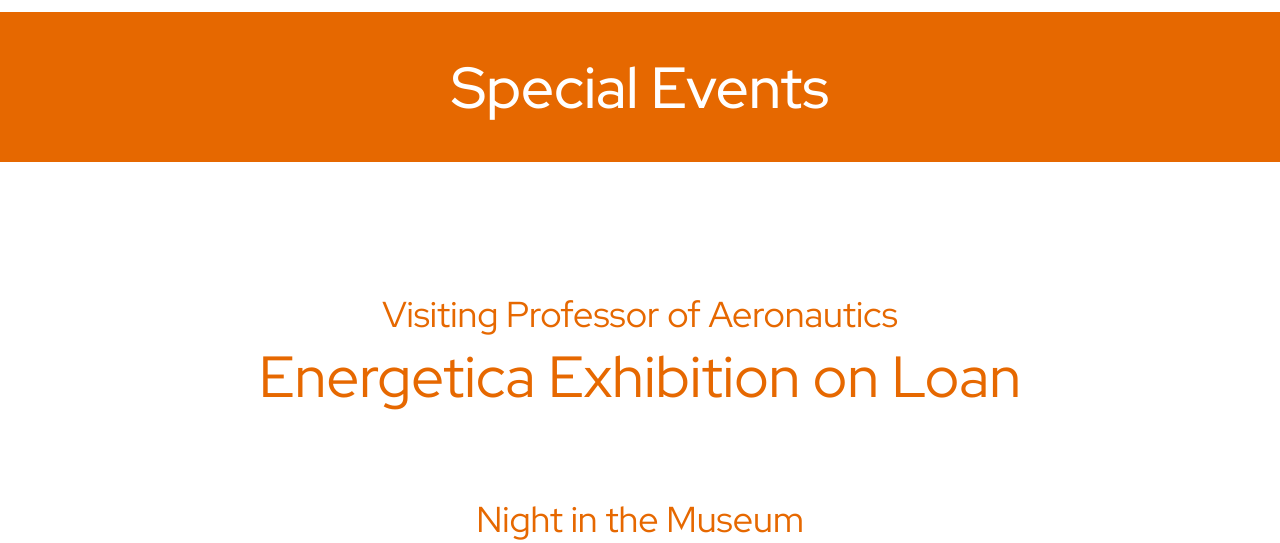
Repository: benjaminskarding/Semester-Project
Page: index.html
These files come from the project's save history. The page is drawn as it stood at one moment and after the next save; the edit follows.
The browser window is 1280 px wide. The pictures show the part of the page from y = 5117 to 5668 px (the page is 5660 px tall before and 5668 px after).
A picture or video elsewhere on the page could not be fetched, so the positions and the page height are approximate.

Above is the page before, as saved 2023-12-01 17:08:03.

### index.html
<!DOCTYPE html>
<html lang="en">
<head>
    <meta charset="UTF-8">
    <meta name="viewport" content="width=device-width, initial-scale=1.0">
    <link rel="stylesheet" href="/src/css/index.css">
    <link rel="preconnect" href="https://fonts.googleapis.com">
    <link rel="preconnect" href="https://fonts.gstatic.com" crossorigin>
    <link href="https://fonts.googleapis.com/css2?family=Red+Hat+Display:wght@300;400;500;600;700;800&display=swap" rel="stylesheet">
    <title>Document</title>
</head>
<body>
<div class="landing-section">

    <div class="fullscreen-bg-vid">
        <video loop muted autoplay>
            <source src="assets/videos/30001-0863.mp4" type="video/mp4">
        </video>
    </div>

    <header class="header-collection">
        <div class="header-wrapper">
            <nav class="header-main-nav">
                <div class="header-nav-left-placeholder">
                </div>
                <div class="header-nav-center-logo">
                    <a href="index.html" aria-label="Go to homepage">
                        <img class="logo" src="assets/images/logo/whitelogo.svg" alt="company logo">
                    </a>
                </div>
                <div class="header-nav-right">
                    <label for="menuToggle" class="menu-button" aria-label="Open Menu"> <!--toggles overlay-->
                        <span class="white">MENU</span>
                        <img src="assets/images/icons/helix.svg" class="menuIcon" alt="navigation menu icon">
                    </label>
                </div>
            </nav>
        </div>

        <!--Hamburger overlay-->
        <input type="checkbox" id="menuToggle" class="menu-toggle-checkbox" style="display: none;">
        <div class="hamburger-overlay-homepage" id="menuOverlay" aria-label="Menu overlay">

            <div class="overlay-header">
                <h3 class="medium">Menu</h3>
                <label for="menuToggle" class="overlay-close-btn" aria-label="Close menu">&times;</label>
            </div>

            <div class="overlayOptionsContainer">
                <a href="index.html">
                  <h5 class="menu-item">Home</h5>
                </a>
                <a href="exhibitions.html">
                  <h5 class="menu-item">Exhibitions</h5>
              </a>
                <a href="special_events.html">
                  <h5 class="menu-item">Special Events</h5>
              </a>
                <a href="contribute.html">
                  <h5 class="menu-item">Contribute to the Museum</h5>
              </a>
                <a href="contact.html">
                  <h5 class="menu-item">Contact</h5>
              </a>
                <a href="terms_conditions.html">
                  <h5 class="menu-item">Terms & Conditions</h5>
              </a>
                <a href="privacy_policy.html">
                  <h5 class="menu-item">Privacy Policy</h5>
              </a>
            </div>
            <div class="overlayLogoContainer">
                <img src="assets/images/logo/whitelogo.svg" class="overlayLogo" alt="company logo in hamburger overlay">
            </div>
        </div>
    </header>


    <div class="hero-text">
        <h1><a href=#>CURRENT EXHIBITIONS</a></h1>
        <div class="hero-text-bottom">
            <div class="title">
                <h2 class="specEvent"><a href=#>SPECIAL EVENTS</a></h2>
            </div>
            <div class="additional-links">
                <div class="link-with-line">
                    <a href="contact.html" class="hero-small-link">CONTACT</a>
                    <div class="line"></div>
                </div>
                <div class="link-with-line">
                    <a href="#" class="hero-small-link-two">CONTRIBUTE TO THE MUSEUM</a>
                    <div class="line"></div>
                </div>
            </div>
        </div>
    </div>
</div>
    <div class="title-bar">
        <h3 class="medium">Visit</h3>
    </div>

    <div class="main-grid">
        <div class="left-column">
            <div class="column-text-content">
                <h4 class="medium orange">Admission</h4>
                <h6>The entrance is free for all.</h6>
                <p>There are guided tours of the museum that leave every hour.</p>
                <p>These tours are 70 NOK per person and include a handy printed guide of the museum.</p>
                <p>If you would like to organise a guided tour for your group of 6 or more people, please contact us to arrange the tour.</p>
                <p class="orange bold">Accessibility</p>
                <p>The museum has wheelchair accessibility ramps.</p>
                <p>It also has audio guides and braille display signs for the visually impaired.</p>
            </div>
        </div>
        <div class="center-column">
            <div class="column-text-content">
                <p class="orange bold">Shop</p>
                <p>Our shop offers a range of memorabilia from the museum as well as great gifts and activity packs that allow you to continue to explore science even after you’ve left the museum.</p>
                <p class="orange bold">Food and Drink</p>
                <p>There is a café attached to the museum where you can get light lunches, soft drinks, coffee, snacks and more.</p>
            </div>
        </div>
        <div class="right-sidebar">
            <div class="sidebarSection">
                <h5>Our Location</h5>
                <hr>
                <p>Tromsø Science Museum</p>
                <p>123 Northern Lights Avenue</p>
                <p>Tromsø, Norway</p>
            </div>
            <div class="sidebarSection">
                <h5>Opening Hours</h5>
                <hr>
                <p>Monday: Closed</p>
                <p>Tuesday: 10:00 – 16:00</p>
                <p>Wednesday: 10:00 – 16:00</p>
                <p>Thursday: 10:00 – 16:00</p>
                <p>Friday: 10:00 – 19:00</p>
                <p>Saturday: 9:00 – 16:00</p>
                <p class="lastpar">Sunday: 9:00 – 13:00</p>
            </div>
        </div>

        <div class="image">
            <img src="assets/images/x/cube.jpg">
        </div>
        <div class="mid-right-column">
            <div class="right-column-text-content">
                <h2 class="orange">Explore Together</h2>
                <p class="semibold">Come join us at the Tromsø Science Museum where we’re committed to making science accessible to all.</p>
                <p>Over the course of human history, science has developed from our early understanding of fire, wind, water, and earth to exploring everything from galaxies far away to the very building blocks of life itself.</p>
                <p>The aim of our museum is to create a space where everyone can experience the wonders of our discoveries and perhaps even ignite a lifelong passion to continue the exploration of the world around us.</p>
                <p>We believe science should not be confined to the textbook, but brought to live through exhibits. This is why we have over 1000 different exhibits on the many varied subjects of science to explore.</p>
                <p>Many of these exhibits are designed for you to interact with and play around to see science come to life (apart from the dinosaur exhibits – they only come to life at night when everyone’s gone home).</p>
            </div>
        </div>
    </div>

    <div class="mid-bar"></div>

    <div class="grid2">
        <div class="teach-col">
            <div class="column-text-content">
                <h4 class="medium orange">For Teachers</h4>
                <p class="semibold">As a community-driven museum, we want to work with schools to create places of learning and exploring.</p>
                <p>Our team are on hand to give your students guided tours of the museum, teach them in our learning laboratory, and provide great video presentations that will excite and inspire them.</p>
                <p>Please get in touch with us here to find out more about our facilities and to arrange a time to bring your students through for a visit.</p>
            </div>
        </div>

        <div class="low-mid-right-column">
            <div class="right-column-text-content">
                <h4 class="medium orange">For Kids</h4>
                <p class="semibold">Are you a young person looking to learn more about science? Come on down to our museum, there’s plenty to see and do.</p>
                <p>You can learn about Newtonian physics from our bumper swing, or why not travel back in time and meet our resident Woolly Mammoth? Our exhibits are designed to be accessible for interested minds, so make sure you come ready to learn and explore.</p>
                <p>We also have the Young Stars club which meets once a week on a Saturday between 10:00 and 13:00 where you’ll get to explore and experiment with our team of experts.</p>
                <p class="lastpar">During the school holidays we run special holiday clubs where you can join other children your age to go on a journey of discovery. Each holiday we pick a new theme to explore. To find out more about the holiday club and how you can join, send us a message.</p>
                <h4 class="medium orange">Researchers</h4>
                <p class="semibold">Are you looking to get involved with our team of researchers and academics?</p>
                <p>Our museum offers various ways for you to use our resources and contribute towards them. We have online records, laboratory space, and a working relationship with a number of universities around the country.</p>
            </div>
        </div>

        <div class="left-sidebar">
            <div class="sidebarSection">
                <h5>Special Events</h5>
                <hr>
                <p>Visiting Professor of Aeronautics</p>
                <p>Night in the Museum</p>
                <p>Energetica Exhibition on Loan</p>
            </div>
            <div class="sidebarSection">
                <h5>Current Exhibitions</h5>
                <hr>
                <p>Cosmology</p>
                <p>Evolution</p>
                <p>Biology & Medicine</p>
                <p>Ecology</p>
                <p>Robotics & AI</p>
            </div>
        </div>
    </div>

    <div class="title-bar title-bar-right">
        <h3 class="medium">Exhibitions</h3>
    </div>


    <div class="grid3">
        <div class="imageCarousel image">
            <img src="assets/images/x/spaceman.jpg">
        </div>
        <div class="carouselDescription">
            <div class="column-text-content">
                <h5 class="orange">Discover the Cosmos</h5>
                <p class="semibold">Embark on a celestial journey at the Tromsø Science Museum's space exhibit.</p>
                <p>Dive into the history of space exploration, from the earliest dreams of flying to the moon, to the latest discoveries in the vast expanse of our universe.</p>
            </div>
        </div>
        <div class="exhibText">
            <div class="right-column-text-content">
                <h4 class="medium orange">Engage, Learn and Interact</h4>
                <p class="semibold">The Tromsø Science Museum is not just a building; it's a celebration of human curiosity and the relentless pursuit of knowledge.</p>
                <p>As a beacon of discovery, our exhibitions are thoughtfully designed to inspire awe, stimulate intellect, and provoke conversation.</p>
                <p>From the enigmatic depths of outer space to the microscopic intricacies of biology, each exhibit serves as a window to the vast and varied tapestry of the universe.</p>
                <a href="#" class="exhibButton medium">Tour All Exhibitions</a>
            </div>
        </div>
    </div>

    <div class="title-bar">
        <h3 class="medium">Contribute</h3>
    </div>

    <div class="grid4">
        <div class="suppMuseum">
            <div class="column-text-content">
                <h4 class="medium orange">Support the Museum</h4>
                <p class="semibold">Tromsø Science Museum is not just a space, it's a vibrant hub for exploration and learning, a testament to the power of community involvement.</p>
                <p>While our contributions page provides detailed ways you can join in our efforts, here we invite you to consider the unique impact that your support can create.</p>
            </div>
            <div class="navStuff">
                <div class="buttonWrapper">
                    <a href="#" class="navButtonSmall medium">Internship</a>
                    <img src="assets/images/icons/longArrow.svg" alt="Right Arrow" class="arrowIcon">
                </div>
                <div class="buttonWrapper">
                    <a href="#" class="navButtonSmall medium">Make a Gift</a>
                    <img src="assets/images/icons/longArrow.svg" alt="Right Arrow" class="arrowIcon">
                </div>
                <div class="buttonWrapper">
                    <a href="#" class="navButtonSmall medium">Volunteer</a>
                    <img src="assets/images/icons/longArrow.svg" alt="Right Arrow" class="arrowIcon">
                </div>
                <div class="buttonWrapper">
                    <a href="#" class="navButtonSmall medium">Donate</a>
                    <img src="assets/images/icons/longArrow.svg" alt="Right Arrow" class="arrowIcon">
                </div>
            </div>
        </div>

        <div class="supportImage image">
            <img src="assets/images/x/supp.jpg">
        </div>
    </div>

    <div class="title-bar-center">
        <h3 class="medium">Special Events</h3>
    </div>

    <div class="specEvents">
        <div class="specContent">
            <h5 class="orange regular">Visiting Professor of Aeronautics</h5>
            <h3 class="orange regular">Energetica Exhibition on Loan</h3>
            <h5 class="orange regular">Night in the Museum</h5>
        </div>
    </div>

</body>
</html>

### src/css/index.css
@import url(common.css);
@import url(_reset.css);
@import url(_variables.css);

/* variables specific to this page */

h1 {
    position: relative;
}

h1:hover {
    color: var(--color-secondary)
}


/* Header landing page specific */

.header-collection {
    background: none;
}

/* Hamburger overlay specific to this page */

.hamburger-overlay-homepage {
    position: fixed;
    top: 20rem;
    right: 0;
    height: 100%;
    width: 33%;
    background-color: var(--color-secondary);
    transform: translateX(100%);
    transition: transform 0.3s;
    display: flex;
    flex-direction: column;
    justify-content: flex-start;
    visibility: hidden;
    z-index: 1000;
}

.menu-toggle-checkbox:checked ~ .hamburger-overlay-homepage {
    transform: translateX(0);
    visibility: visible;
}

/* Landing section viewport container */

.landing-section {
    height: 100vh;
}

/*Background video */

.fullscreen-bg-vid {
    position: absolute;
    top: 0;
    left: 0;
    z-index: -1;
    overflow: hidden;
}


.fullscreen-bg-vid video {
    width: 100vw;
    height: 100vh;
    object-fit: cover;
}


/* Hero text*/

.hero-text {
    position: absolute;
    display: flex;
    flex-direction: column;
    bottom: 0;
    left:0;
    margin-left: 3rem;
    margin-bottom: 3rem;
    font-family: var(--font-primary);
    color: white;
    font-size: 3rem;
}

.hero-text-bottom {
    display: flex;
    align-items: center;
}

.additional-links {
    display: flex;
    flex-direction: column;
    margin-left: 1rem;
    gap: 1rem;
    font-size: 1.25rem;
    width: 50%;
}

.title {
    width: 56%;
    border: 4px solid var(--color-secondary);
    border-radius: 2rem;
    padding: 1rem;
}


.link-with-line {
    display: flex;
    align-items: center;
}

.line {
    display: flex;
    margin-left: 1rem;
    top: 50%;
    width: 100%;
    border-top: 2px solid white;
    transform: translateY(-50%);
}

.hero-small-link, .hero-small-link-two {
    z-index: 1;
    white-space: nowrap;
}

.hero-small-link:hover + .line,
.hero-small-link-two:hover + .line {
    border-top-color: var(--color-secondary);
}


/* END OF INITIAL VIEWPORT */

/* Main content */

.main-grid {
    display: grid;
    margin-top: 0;
    grid-gap: 2rem;
    grid-template-columns: 1fr 1fr 33%;
    grid-template-rows: auto;
    grid-template-areas:
    "left-column center-column right-sidebar"
    "image image mid-right-column"
    "mid-bar mid-bar mid-bar";
}

.left-column    { grid-area: left-column}
.center-column    { grid-area: center-column}
.right-sidebar    { grid-area: right-sidebar}
.image { grid-area: image}
.mid-right-column { grid-area: mid-right-column }
.mid-bar { grid-area: mid-bar}


/*Separating bars */

.title-bar {
    display: grid;
    grid-gap: 2rem;
    grid-template-columns: 1fr 1fr 33%;
    grid-template-rows: auto;
    align-items: center;
    height: 150px;
    width: 100%;
    background-color: var(--color-secondary);
}

.title-bar h3 {
    margin-left: 3rem;
}

.title-bar-right .medium {
    grid-column: 3;
    margin-left: 0rem;
}

.title-bar-center .medium {
    display: flex;
    justify-content: center;
    align-items: center;
    height: 150px;
    width: 100%;
    background-color: var(--color-secondary);
}

.mid-bar {
    display: flex;
    height: 82px;
    width: 100%;
    background-color: var(--color-secondary);
}

/* Visit Section Main Content */

.left-column, .right-sidebar, .center-column, .left-sidebar {
    display: flex;
    flex-direction: column;
}

.center-column {
    margin-top: 5.3rem;
}

.right-sidebar, .left-sidebar {
    justify-content: space-evenly;
    color:white;
    background-color: var(--color-secondary);
}

.sidebarSection {
    display: flex;
    flex-direction: column;
    align-items: center;
}

.sidebarSection hr {         /* Separator line visual only */
    border: none;
    height: 1px;
    background-color: white;
    margin-bottom: 20px;
    width: 25rem;
}

.column-text-content p,
.column-text-content li,
.column-text-content h4,
.column-text-content h6 {      /* General rule */
    margin-bottom: 1rem;
    margin-top: 1rem;
}


.left-column .column-text-content p,
.left-column .column-text-content li,
.left-column .column-text-content h4,
.left-column .column-text-content h6,
.teach-col .column-text-content p,
.teach-col .column-text-content li,
.teach-col .column-text-content h4,
.teach-col .column-text-content h6 {
    margin-left: 3rem;
}

.right-column-text-content p,
.right-column-text-content h2 {
    margin-left: 0rem;
    margin-right: 3rem;
    margin-top: 1rem;
}

.image img {
    width: 100%;
    display: block;
}

.teach-col .column-text-content h4 {
    margin-top: 0;
}

.teach-col {
    margin-bottom: 0;
}

.grid2 {
    display: grid;
    grid-template-columns: 2fr 33%;
    grid-template-rows: 1fr 2fr;
    grid-gap: 2rem;
    margin-right: 0rem;
    margin-top: 2rem;
    grid-template-areas:
    "teach-col low-mid-right-column"
    "left-sidebar low-mid-right-column";
  }

.teach-col { grid-area: teach-col}
.low-mid-right-column {grid-area: low-mid-right-column}
.left-sidebar {grid-area: left-sidebar}

.grid3 {
    display: grid;
    grid-template-columns: 2fr 1fr 33%;
    grid-template-rows: auto;
    grid-gap: 2rem;
    margin: 2rem 0 2rem 0;
    grid-template-areas:
    "imageCarousel carouselDescription exhibText"
  }

.imageCarousel { grid-area: imageCarousel}
.exhibText {grid-area: exhibText}
.carouselDescription { grid-area: carouselDescription}


.carouselDescription {
    flex-direction: column;
    background-color: #D9D9D9;
}


.carouselDescription p, h5{
    margin: 1rem 1rem 0 1rem;
}

h4 {
    margin-right: 3rem;
}

.exhibButton {
    display: block;
    text-align: center;
    border: 2px solid var(--color-secondary);
    border-radius: 10px;
    padding: 2rem;
    margin: 2rem 3rem 0 0;
    font-size: 3rem;
    color: var(--color-secondary)
}

.grid4 {
    display: grid;
    grid-template-columns: 33% 2fr;
    grid-template-rows: auto;
    grid-gap: 2rem;
    margin: 2rem 0 2rem 2rem;
    grid-template-areas:
    "suppMuseum supportImage"
  }

.suppMuseum { grid-area: suppMuseum}
.supportImage {grid-area: supportImage}

.navStuff {
    display: flex;
    flex-direction: column;
}

.buttonWrapper {
    display: flex;
    align-items: center;
    margin-bottom: 2rem;
}

.navButtonSmall {
    display: block;
    text-align: center;
    border: 2px solid var(--color-secondary);
    border-radius: 10px;
    padding: 1rem;
    margin: 0 1rem 0 0;
    font-size: 1.5rem;
    width: 15rem;
    color: var(--color-secondary)
}

.navButtonSmall img {
    width: auto;
}


.specEvents {
    display: flex;
    flex-direction: column;
    justify-content: center;
    align-items: center;
}

.specContent {
    text-align: center;
    margin-top: 3rem;
}

.specContent h5 {
    margin-top: 5rem;
}

### src/css/common.css
body, html {
    height: 100%;
    margin: 0;
}

a {
    text-decoration: none;
    cursor: pointer;
    color: inherit;
}

input:focus,
textarea:focus,
select:focus,
button:focus {
outline: none;
}

/* common header, landing page has specific */

.header-collection {
    background-color: var(--color-secondary);
    height: 200px;
}

.header-wrapper {
    margin-left: 3rem;
    margin-right: 3rem;
}

.logo {
    margin-top: 1.5rem;
}


.header-main-nav {
    display: flex;
    justify-content: space-between;
    align-items: center;
    width: 100%;
}



.header-nav-left-placeholder {
    flex: 1;
    display: flex;
    align-items: center;
}

.header-nav-left a {
    display: flex;
    justify-content: flex-start;
    align-items: center;
}

.header-nav-center-logo {
    flex: 0;
}

.header-nav-right {
    flex: 1;
    display: flex;
    justify-content: flex-end;
    font-size: 1.25rem;
    font-weight: var(--font-weight-medium);
}

/* Footer */

.footer{
    background-color: var(--color-secondary);
    height: 200px;
    display: flex;
    margin-top: 0rem;
}

.footer-container {
    display: flex;
    align-items: center;
    justify-content: space-between;
    margin-left: 3rem;
    margin-right: 3rem;
    width: 100%;
}

.footer-left-container {
    flex: 1;
}


.footer-center-container {
    display: flex;
    justify-content: center;
    align-items: center;
    flex: 2;
    gap: 2rem;
}

.footer-right-container-placeholder {
    flex: 1;
}

.footer-logo {
    height: 100px;
}

.footer-titles {
    display: flex;
    margin-bottom: 2rem;
    margin-top: 2rem;
    color: white;
}




/* Main content */

.top-bar {
    display: flex;
    align-items: center;
    background-color: #E66800;
    width: 100%;
    height: 80px;
}

.top-bar h3 {
    margin-left: 3rem;
}

.sidebar {
    display: flex;
    flex-direction: column;
    align-items: center;
    position: relative;
    background-color: #E66800;
    height: 100%;
}

/* Hamburger overlay */

.hamburger-overlay {
    position: absolute;
    top: 0;
    right: 0;
    bottom: 0;
    left: 0;
    background-color: transparent;
    z-index: 1000;
    visibility: hidden;
    transform: translateX(100%);
    transition: transform 0.3s, visibility 0.3s;
    display: flex;
    flex-direction: column;
    justify-content: flex-start;
}


.menu-button { /* toggles overlay--> */
    display: flex;
    align-items: center;
    cursor: pointer;
}

.menu-toggle-checkbox:checked ~ .sidebar .hamburger-overlay {
    visibility: visible;
    transform: translateX(0);
}

.overlay-header {
    display: flex;
    flex-direction: row;
    justify-content: space-between;
    align-items: center;
    text-align: center;
    margin-left: 1rem;
}

.hamburger-overlay:target {
    visibility: visible;
    opacity: 1;
}

.overlayOptionsContainer {
    flex-direction: column;
    height: 100%;
}

.menu-item {
    display: flex;
    justify-content: space-between;
    align-items: center;
    margin: 0 1rem;
    margin-top: 2rem;
    color: white;
}

.overlayTitle {
    display: flex;
    align-items: center;
    justify-content: flex-start;
    color: var(--color-primary);
    margin-bottom: 10px;
    margin-left: 1rem;
}

.overlayLogoContainer {
    display: flex;
    justify-content: center;
    margin-bottom: 2rem;
    margin-top: 1rem;
}

.overlayLogo {
    width: 50%;
    max-width: 300px;
}

.overlay-close-btn {
    padding-top: 10px;
    margin-right: 3rem;
    color: white;
    font-size: 2rem;
    background: none;
    border: none;
    cursor: pointer;
}

### src/css/_reset.css
*, *:before, *:after {
    box-sizing: inherit;
  }

  body {
    box-sizing: border-box;
    min-height: 100vh;
    margin: 0;
  }

### src/css/_variables.css
:root{
    --color-primary: white;
    --color-secondary: #E66800;

    --font-primary: 'Red Hat Display', sans-serif;
    --font-size: 16px;
    --font-weight-regular: 400;
    --font-weight-medium: 500;
    --font-weight-semibold: 600;
    --font-weight-bold: 700;
}

.medium {
    font-weight: 500
}

.regular {
    font-weight: 400;
}

.semibold {
    font-weight: 600;
}

strong, .bold {
    font-weight: var(--font-weight-bold)
}

body {
    font-family: var(--font-primary)
}

.white {
    color:white;
}

.orange {
    color: var(--color-secondary)
}

.lastpar {
    margin-bottom: 2rem;
}

.nowrap {
    white-space: nowrap;
}

p {
    font-size: 1.125rem;
}

h1,h2,h3,h4 {
    color: var(--color-primary)
}

h1,h2,h3,h4,h5,h6,p {
    font-family: var(--font-primary);
    margin: 0;
    padding: 0;
}

h1 {
    font-size: 6rem; /* 96px */
}

h2 {
    font-size: 4rem; /* 64px */
    font-weight: var(--font-weight-medium);
}

h3 {
    font-size: 3.625rem;  /* 58px */
}

h4 {
    font-size: 3rem; /* 48px*/
}

h5 {
    font-size: 2.25rem; /*36px*/
    font-weight: var(--font-weight-medium)
}

h6 {
    font-size: 1.375rem; /*22px*/
    font-weight: var(--font-weight-medium);
}

After the next save:
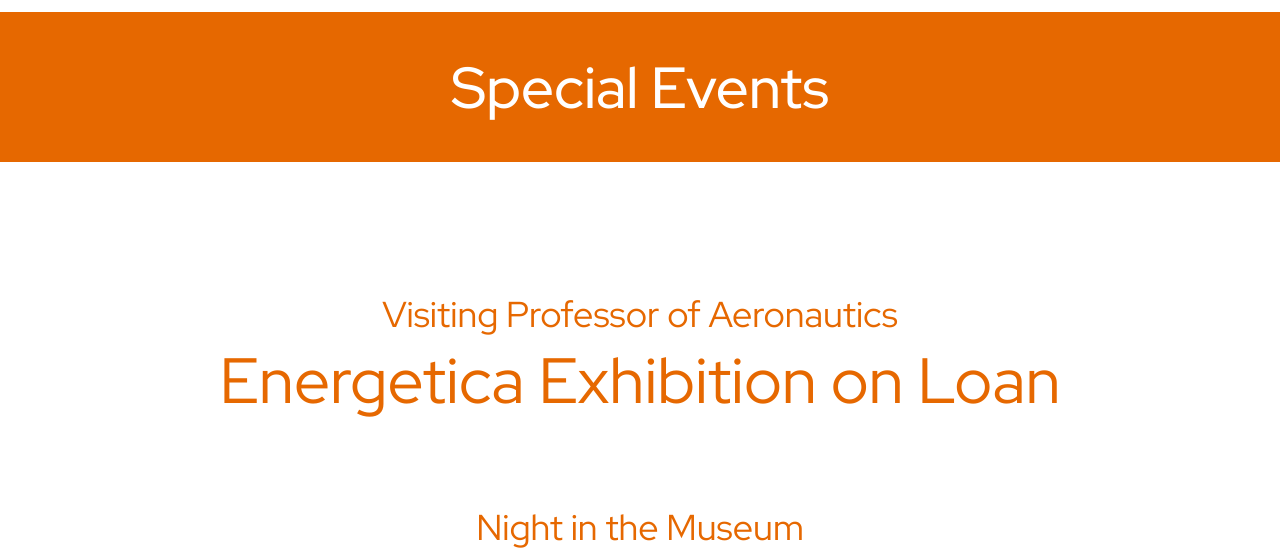
Saved 13 s later.
--- a/index.html
+++ b/index.html
@@ -271,7 +271,7 @@
     <div class="specEvents">
         <div class="specContent">
             <h5 class="orange regular">Visiting Professor of Aeronautics</h5>
-            <h3 class="orange regular">Energetica Exhibition on Loan</h3>
+            <h2 class="orange regular">Energetica Exhibition on Loan</h2>
             <h5 class="orange regular">Night in the Museum</h5>
         </div>
     </div>
